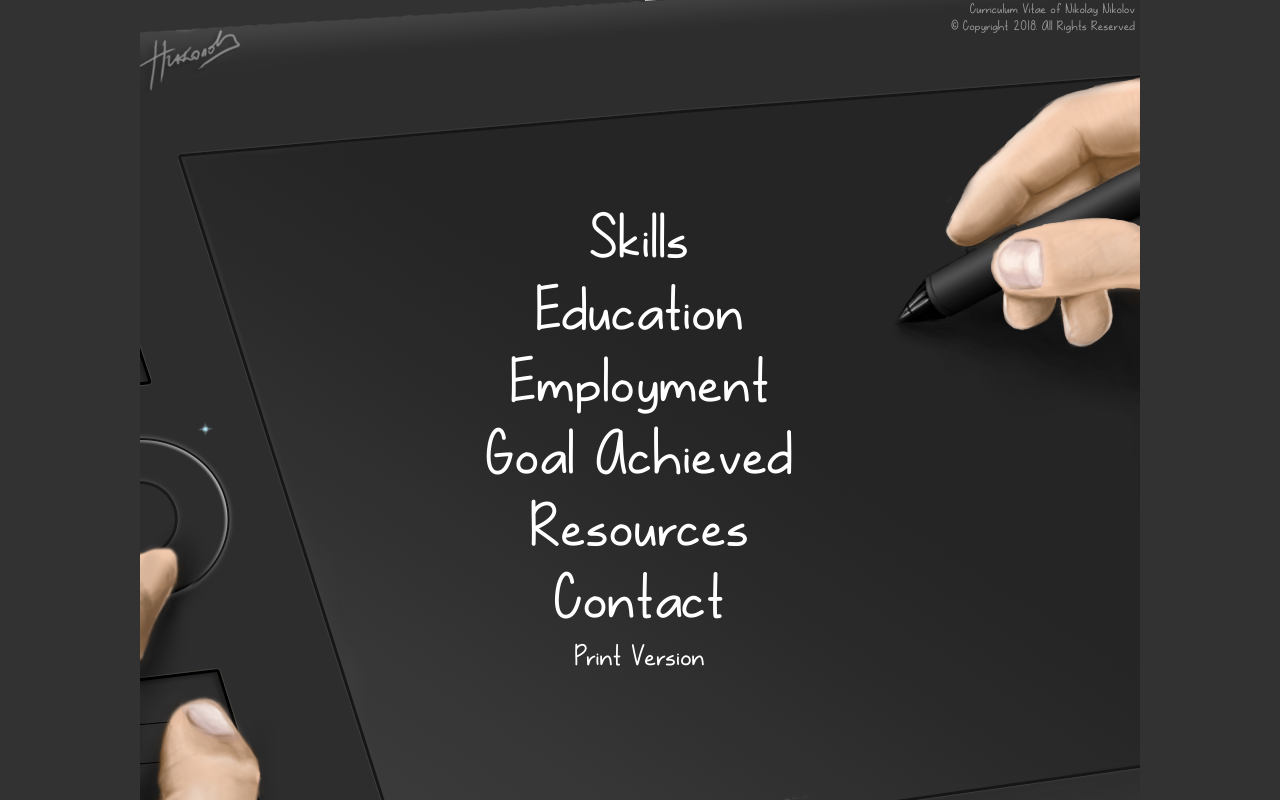
Repository: nikichanko/cv
Page: index.html
The author's editor kept a copy of each file at every save. The page is drawn from the files as they stood at one save, then again after the next save.
The browser window is 1280 px wide. The pictures show the whole page.

Above is the page before, as saved 2019-02-02 20:15:54.

### index.html
<!DOCTYPE html>
<html>
  <head>
    <link rel="shortcut icon" type="image/png" href="img/favicon.png"/>

    <meta name="viewport" content="width=device-width, initial-scale=1, minimum-scale=1, maximum-scale=1">
    <link rel="stylesheet" type="text/css" href="css/scroll.css">
    <script src="https://ajax.googleapis.com/ajax/libs/jquery/3.3.1/jquery.min.js"></script>
    <script src="js/scroll.js"></script>
    <link rel="stylesheet" href="css/swiper.min.css">
    <link rel="stylesheet" type="text/css" href="css/styles.css">
    <title>Nikolay Nikolov - Curriculum Vitae</title>
  </head>
  <body>
    <div class="wrapper">
      <div class="header">Curriculum Vitae of Nikolay Nikolov<br/>&copy; Copyright 2018. All Rights Reserved</div>
      <div class="menu">
        <div class="item">
          <span>Skills</span>
        </div>
        <div class="content">
          <i class="close"></i>
          <div class="ul-wrapper" id="scroll-3">
            <ul>
              <li>Program Languages:</li>
              <ol>ECMAScript 6, TypeScript, Objective C, Swift 4, JAVA</ol>
              <ol>HTML, JS, CSS (LESS and SASS), PHP</ol>
              <li>Frameworks and Libraries:</li>
              <ol>React Native, React, WebSocket, Scoket.io, JQuery, Ajax, Smarty Template Engine</ol>
              <li>Program and Web Tools:</li>
              <ol>Android Studio, Xcode 9, Node (npm)</ol>
              <ol>Apple Connect and Google Console, AppsFlyer, Fabric, Firebase, Faslane</ol>
              <ol>Photoshop, Illustrator, Sketch</ol>
              <li>Strong Knowledge in:</li>
              <ol>GitFlow, RESTful API, Responsive and Mobile Design, UX and UI Design</ol>
              <li>Other Abilities:</li>
              <ol>Digital Drawing of web application arts with a graphic tablet</ol>
            </ul>
           </div>
        </div>
        <div class="item">
          <span>Education</span>
        </div>
        <div class="content">
            <i class="close"></i>
            <ul>
              <li>M. Sc. in Computer Science</li>
              <ol>From 2011 - 2013</ol>
              <ol>Technical University Gabrovo</ol>
              <ol>Subject: Computer System and Technologies</ol>
            </ul>
        </div>
        <div class="item">
          <span>Employment</span>
        </div>
        <div class="content">
            <i class="close"></i>
            <div class="ul-wrapper" id="scroll-2">
              <ul>
                <li>From 12. 2016 to present</li>
                <ol>Employer: Mansion Technology and Operations Centre</ol>
                <ol>Professional Title: front-end developer</ol>
                <ol>from 11. 2017 working as a mobile developer in agile environment</ol>
                <li>From 05. 2014 to 12. 2016</li>
                <ol>Employer: Support Service LTD for Image-Line Belgium</ol>
                <ol>Professional Title: fullstack web developer with more front-end responsibilities</ol>
              </ul>
            </div>
        </div>
        <div class="item">
          <span>Goal Achieved</span>
        </div>
        <div class="content">
          <i class="close"></i>
          <div class="ul-wrapper" id="scroll-1">
            <ul>
              <li>As mobile developer:</li>
              <ol>Applications in stores:</ol>

                <img src="img/casino.png" title="CasinoSlots" class="app-icon" style="margin-left: 10px;" />
                <img src="img/ccbj.png" title="Casino BlackJack" class="app-icon" />
                <img src="img/sh.png" title="Slostheaven" class="app-icon" />
                <img src="img/mc.png" title="MansionCasino" class="app-icon" />

              <ol>Quick switching from web to mobile development</ol>
              <ol>The key person with a leading role in the mobile team</ol>
              <ol>Be main part of critical moments when quick reaction and self-organization is very important</ol>
              <ol>The person that implemented React Native framework in real mobile apps</ol>
              <ol>Publishing and then dealing with the rejection of apps in both stores</ol>
              <ol>Implementations: React Context, Geo location services, Biometric authentification with RESTful API
                login, React Navigation, Unit, Integration and Snapshot
                Tests with Jest, executed in CI system (Bamboo), Cross-platform and multi-device layouts,
                Image Sliders and other front-end implementations covered by many mobile devices.
                Websocket integrations to handle webview chat messages using TypeScript. Custom Bridge between webview and react native to handle Post messages.
                Notofications using Xtremepush where Native exposing was needed to work with React Native.
                Also other custom functionalities were exposed to React Native like CookiesStorage for iOS.</ol>
              <li>As front-end developer:</li>
              <ol>Responsive and mobile designs with no compromises in details</ol>
              <ol>Developed many end-to-end web applications like Image Sliders with-lazy loading,
                JavaScript Video and Audio Players with full mobile support</ol>
              <ol>RESTful API integrations</ol>
              <ol>Unit testing with Jasmine</ol>
            </ul>
          </div>
        </div>
        <div class="item resources">
          <span>Resources</span>
        </div>
        <div class="content">
            <i class="close"></i>
              <ul>
                <li>Applications Download</li>
                <ol>Publishing and then dealing with the rejection of apps in both stores</ol>
                <li>Drowing Gallery</li>
                <div class="swiper-container">
                  <div class="swiper-wrapper">
                    <div class="swiper-slide"><img src="./img/ian.jpg"/></div>
                    <div class="swiper-slide">Slide 2</div>
                    <div class="swiper-slide">Slide 3</div>
                  </div>
                      <!-- Add Arrows -->
                  <div class="swiper-button-next"></div>
                  <div class="swiper-button-prev"></div>
                  <!-- Add Pagination
                  <div class="swiper-pagination"></div> -->
                </div>
              </ul>
        </div>
        <div class="item">
          <span>Contact</span>
        </div>
        <div class="content">
            <i class="close"></i>
              <ul>
                <ol>Nikolay Nikolov, Address: Sofia, Bulgaria</ol>
                <ol>Phone: +359/896 527 353, E-mail: nikolovnikos@gmail.com</ol>
                <div class="form-title">Contact form</div>
                <script type="text/javascript" src="https://form.jotformeu.com/jsform/82187298762370"></script>
              </ul>
        </div>
        <div class="item print">
          <span>Print Version</span>
        </div>
      </div>
    </div>
    <script src="js/swiper.min.js"></script>
    <script src="js/common.js"></script>
  </body>
</html>

### css/scroll.css
/*
 * Container style
 */
 .ps {
  overflow: hidden !important;
  overflow-anchor: none;
  -ms-overflow-style: none;
  touch-action: auto;
  -ms-touch-action: auto;
}

/*
 * Scrollbar rail styles
 */
.ps__rail-x {
  display: none;
  opacity: 0;
  transition: background-color .2s linear, opacity .2s linear;
  -webkit-transition: background-color .2s linear, opacity .2s linear;
  height: 15px;
  /* there must be 'bottom' or 'top' for ps__rail-x */
  bottom: 0px;
  /* please don't change 'position' */
  position: absolute;
}

.ps__rail-y {
  display: none;
  opacity: 0;
  transition: background-color .2s linear, opacity .2s linear;
  -webkit-transition: background-color .2s linear, opacity .2s linear;
  width: 15px;
  /* there must be 'right' or 'left' for ps__rail-y */
  right: 0;
  /* please don't change 'position' */
  position: absolute;
}

.ps--active-x > .ps__rail-x,
.ps--active-y > .ps__rail-y {
  display: block;
  background-color: transparent;
}

.ps:hover > .ps__rail-x,
.ps:hover > .ps__rail-y,
.ps--focus > .ps__rail-x,
.ps--focus > .ps__rail-y,
.ps--scrolling-x > .ps__rail-x,
.ps--scrolling-y > .ps__rail-y {
  opacity: 0.6;
}

.ps .ps__rail-x:hover,
.ps .ps__rail-y:hover,
.ps .ps__rail-x:focus,
.ps .ps__rail-y:focus,
.ps .ps__rail-x.ps--clicking,
.ps .ps__rail-y.ps--clicking {
  background-color: #eee;
  opacity: 0.9;
}

/*
 * Scrollbar thumb styles
 */
.ps__thumb-x {
  background-color: #aaa;
  border-radius: 6px;
  transition: background-color .2s linear, height .2s ease-in-out;
  -webkit-transition: background-color .2s linear, height .2s ease-in-out;
  height: 6px;
  /* there must be 'bottom' for ps__thumb-x */
  bottom: 2px;
  /* please don't change 'position' */
  position: absolute;
}

.ps__thumb-y {
  background-color: #aaa;
  border-radius: 6px;
  transition: background-color .2s linear, width .2s ease-in-out;
  -webkit-transition: background-color .2s linear, width .2s ease-in-out;
  width: 6px;
  /* there must be 'right' for ps__thumb-y */
  right: 2px;
  /* please don't change 'position' */
  position: absolute;
}

.ps__rail-x:hover > .ps__thumb-x,
.ps__rail-x:focus > .ps__thumb-x,
.ps__rail-x.ps--clicking .ps__thumb-x {
  background-color: #999;
  height: 11px;
}

.ps__rail-y:hover > .ps__thumb-y,
.ps__rail-y:focus > .ps__thumb-y,
.ps__rail-y.ps--clicking .ps__thumb-y {
  background-color: #999;
  width: 11px;
}

/* MS supports */
@supports (-ms-overflow-style: none) {
  .ps {
    overflow: auto !important;
  }
}

@media screen and (-ms-high-contrast: active), (-ms-high-contrast: none) {
  .ps {
    overflow: auto !important;
  }
}

### css/styles.css
@font-face {
  font-family: 'Just Gotta Smile';
  src: url('./fonts/JustGottaSmile.woff2') format('woff2'),
      url('./fonts/JustGottaSmile.woff') format('woff'),
      url('./fonts/JustGottaSmile.ttf') format('truetype');
  font-weight: 500;
  font-style: normal;
}

@font-face {
  font-family: 'Josefin Slab';
  src: url('./fonts/JosefinSlab.woff2') format('woff2'),
      url('./fonts/JosefinSlab.woff') format('woff'),
      url('./fonts/JosefinSlab.ttf') format('truetype');
  font-weight: normal;
  font-style: normal;
}
ul, li, ol, body {
  margin: 0;
  padding: 0;
}

html, body {
  position: relative;
  height: 100%;
}

body {
  background-color: #323232;
  width: 100%;
  font-family: 'Just Gotta Smile';
  color: #fff;
}

.wrapper {
  position: relative;
  width: 100%;
  max-width: 1000px;
  height: 800px;
  margin: 0 auto;
  background-image: url(../img/cv_bg.png);
  background-repeat: no-repeat;
  background-position: right top;
  background-size: cover;
}

.header{
  opacity: 0.5;
  font-size: 14px;
  position: absolute;
  right: 5px;
  text-align: right;
}
.menu {
  line-height: 70px;
  margin: 0 auto;
  position: absolute;
  text-align: center;
  width: 100%;
  top: 200px;
}

.item {
  font-size: 64px;
  position: relative;
  left: 50%;
  opacity: 1;
  transform: translateX(-50%) ;
  -ms-transform: translateX(-50%) ; /* IE 9 */
  -webkit-transform: translateX(-50%); /* Safari 3-8 */
  transition: opacity 0.2s ease-out;
  -webkit-touch-callout: none; /* iOS Safari */
  -webkit-user-select: none; /* Safari */
   -khtml-user-select: none; /* Konqueror HTML */
     -moz-user-select: none; /* Firefox */
      -ms-user-select: none; /* Internet Explorer/Edge */
          user-select: none; /* Non-prefixed version, currently
                                supported by Chrome and Opera */
}
.item.print {
  font-size: 30px;
  line-height: 45px;
}

.item span {
  cursor: pointer;
  position: relative;
}

.item.closed {
  opacity: 0;
  height: 0;
  visibility: hidden;
}

.content {
  font-family: 'Josefin Slab';
  padding-top: 2px;
  max-width: 600px;
  text-align: left;
  top: 50px;
  width: 56%;
  margin: 0 auto;
  line-height: 40px;
  height: 0;
  opacity: 0;
  transition: opacity 0.5s ease-in-out;
  position: relative;
  visibility: hidden;
  overflow: hidden;
}

.ul-wrapper {
  height: 450px;
  position: relative;
  overflow: hidden;
}

.content.open {
  overflow: visible;
  height: auto;
  opacity: 1;
  transition: opacity 0.5s ease-in-out;
  visibility: visible;
}
.content {
  line-height: 30px;
}
.content ul {
  padding-top: 10px;
  padding-left: 20px;
}
.content li {
  font-weight: bold;
  font-size: 20px;
  padding:5px 0;
}
.content ol {
  font-size: 18px;
  margin-left: 15px;
  position: relative;
}
.content ol:before {
  content: "";
  background-image: url(../img/arrow.png);
  background-repeat: no-repeat;
  background-size: contain;
  width: 12px;
  height: 13px;
  position: absolute;
  left: -22px;
  top: 8px;
  opacity: 0.6;
}

.item span:hover {
  color: #a4cbe6;
}

.close {
  position: absolute;
  top: -29px;
  left: -7px;
  width: 45px;
  height: 45px;
  opacity: 0.3;
}
.close:hover {
  opacity: 1;
}
.close:before, .close:after {
  position: absolute;
  left: 15px;
  content: ' ';
  height: 25px;
  width: 2px;
  background-color: #fff;
}
.close:before {
  transform: rotate(45deg);
}
.close:after {
  transform: rotate(-45deg);
}

.app-icon {
  width: 45px;
  margin-right: 10px;
}
.form-title {
  margin-top: 10px;
  font-size: 24px;
  text-align: center;
}

.swiper-container {
  width: 100%;
  height: 400px;
}

.swiper-slide {
  text-align: center;
  font-size: 18px;
  background: #fff;
  color: red;
  /* Center slide text vertically */
  display: -webkit-box;
  display: -ms-flexbox;
  display: -webkit-flex;
  display: flex;
  -webkit-box-pack: center;
  -ms-flex-pack: center;
  -webkit-justify-content: center;
  justify-content: center;
  -webkit-box-align: center;
  -ms-flex-align: center;
  -webkit-align-items: center;
  align-items: center;
}

@media only screen and (max-width: 1000px) {
  .content {
    width: 90%;
  }
  .item span {
    cursor: default;
  }
}

### js/common.js
var src1 = document.querySelector('#scroll-1');
var src2 = document.querySelector('#scroll-2');
var src3 = document.querySelector('#scroll-3');

var options = {
  maxScrollbarLength: 100,
};

var ps1 = new PerfectScrollbar(src1, options);
var ps2 = new PerfectScrollbar(src2, options);
var ps3 = new PerfectScrollbar(src3, options);

$(".item:not(.print) span").on('click', function() {
  var _t = $(this).parents('.item');
  if (_t.hasClass('resources')) {
    var swiper = new Swiper('.swiper-container', {
      navigation: {
        nextEl: '.swiper-button-next',
        prevEl: '.swiper-button-prev',
      },
    });
  }
  setTimeout(function(){
    _t.next('.content').addClass('open');
  },100);
  $('.item').each(function(i, v) {
    if (!_t.is(v)) {
      $(v).addClass('closed');
      $(v).next('.content').removeClass('open');
    }
    else {
      $(v).removeClass('closed');
    }
  });
});

$(".item.print span").on('click', function() {
  window.location.href = 'print.html';
});

$('.close').on('click', function(){
  $('.item').each(function(i, v) {
    setTimeout(function(){
      $(v).removeClass('closed');
    },100);
    $(v).next('.content').removeClass('open');
  });
});

Loaded but not shown: css/swiper.min.css (library); js/swiper.min.js (library); js/scroll.js (1324 lines, source omitted)

After the next save:
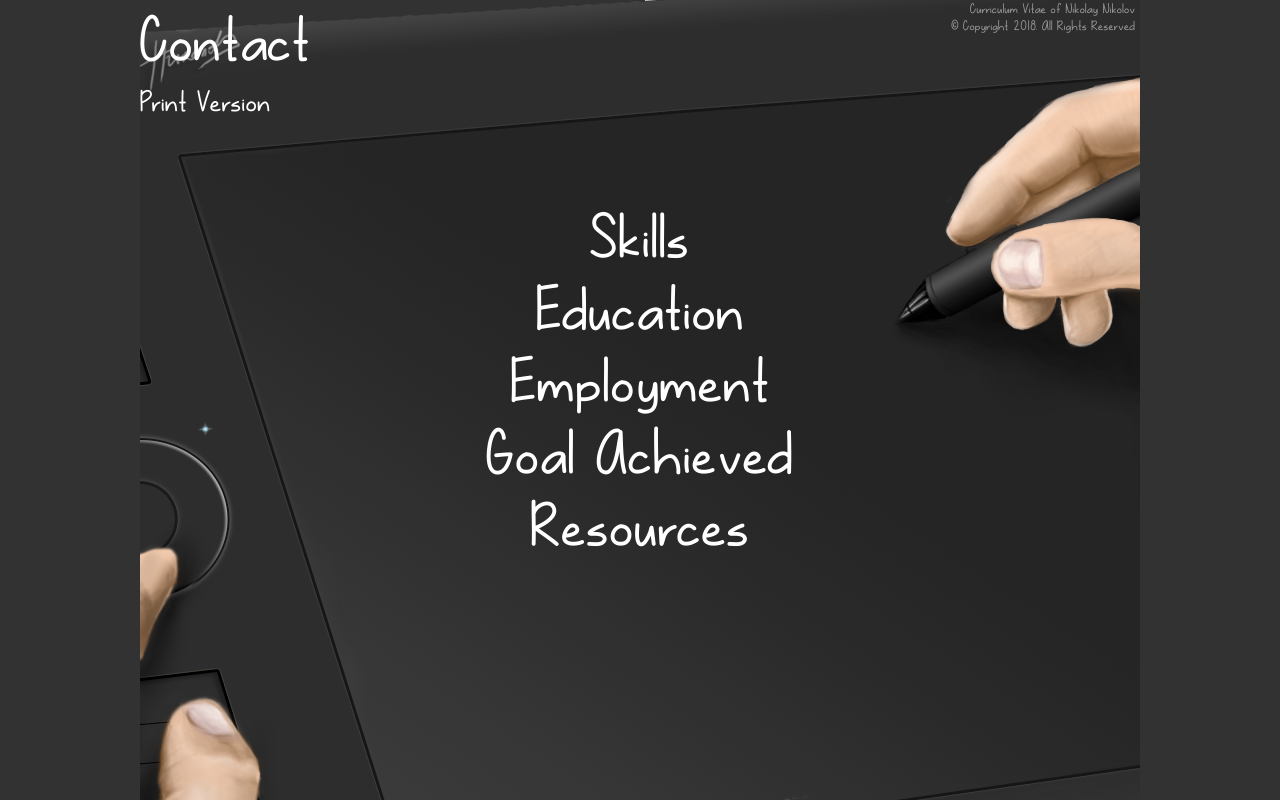
Saved 112 s later.
--- a/index.html
+++ b/index.html
@@ -114,7 +114,7 @@
                 <li>Drowing Gallery</li>
                 <div class="swiper-container">
                   <div class="swiper-wrapper">
-                    <div class="swiper-slide"><img src="./img/ian.jpg"/></div>
+                    <div class="swiper-slide"><dic class="ian"/></div></div>
                     <div class="swiper-slide">Slide 2</div>
                     <div class="swiper-slide">Slide 3</div>
                   </div>

After the 4 saves that followed:
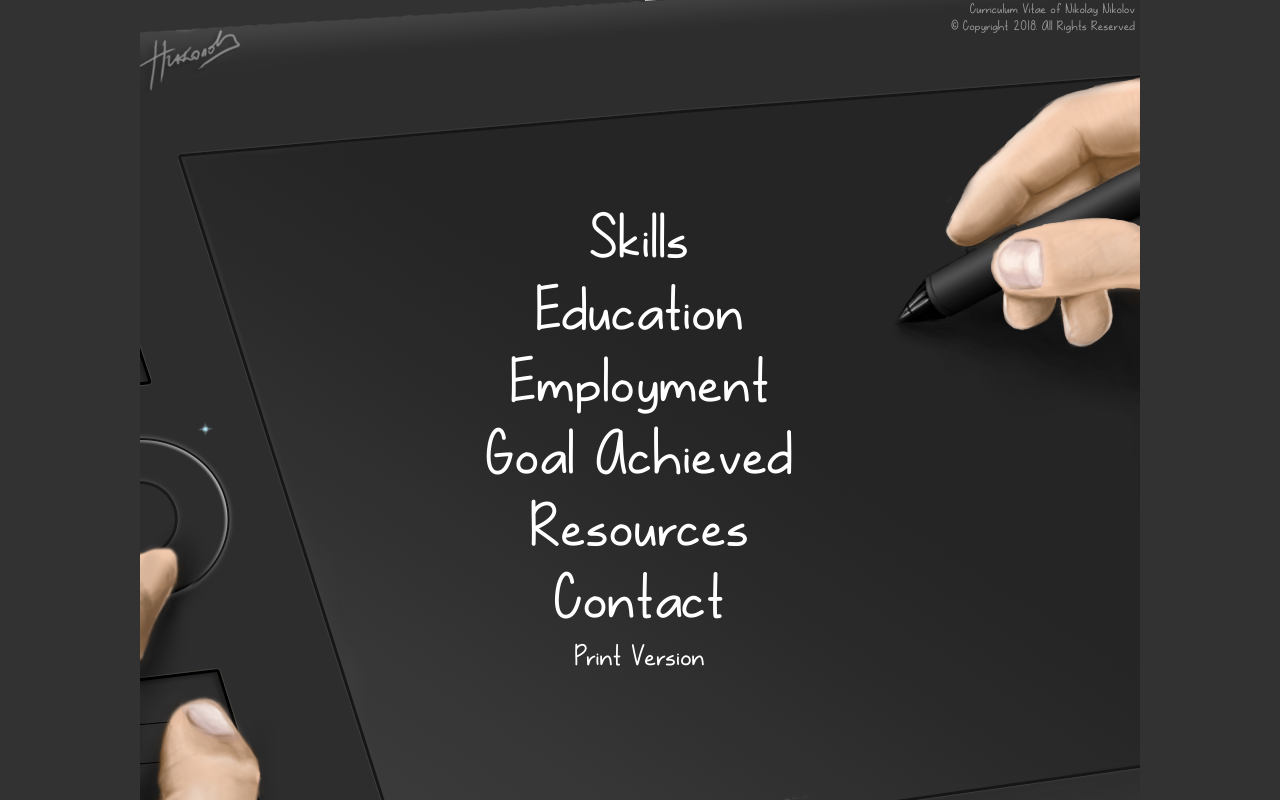
The 4 saves are shown as one change because 3 left the picture as it was.
The last was saved 100 s later.
--- a/index.html
+++ b/index.html
@@ -114,7 +114,7 @@
                 <li>Drowing Gallery</li>
                 <div class="swiper-container">
                   <div class="swiper-wrapper">
-                    <div class="swiper-slide"><dic class="ian"/></div></div>
+                    <div class="swiper-slide"><div class="ian"/></div></div>
                     <div class="swiper-slide">Slide 2</div>
                     <div class="swiper-slide">Slide 3</div>
                   </div>
--- a/css/styles.css
+++ b/css/styles.css
@@ -218,6 +218,11 @@ body {
   align-items: center;
 }
 
+.ian{
+ background-image: url('../img/ian.jpg');
+ background-size: contain;
+}
+
 @media only screen and (max-width: 1000px) {
   .content {
     width: 90%;
